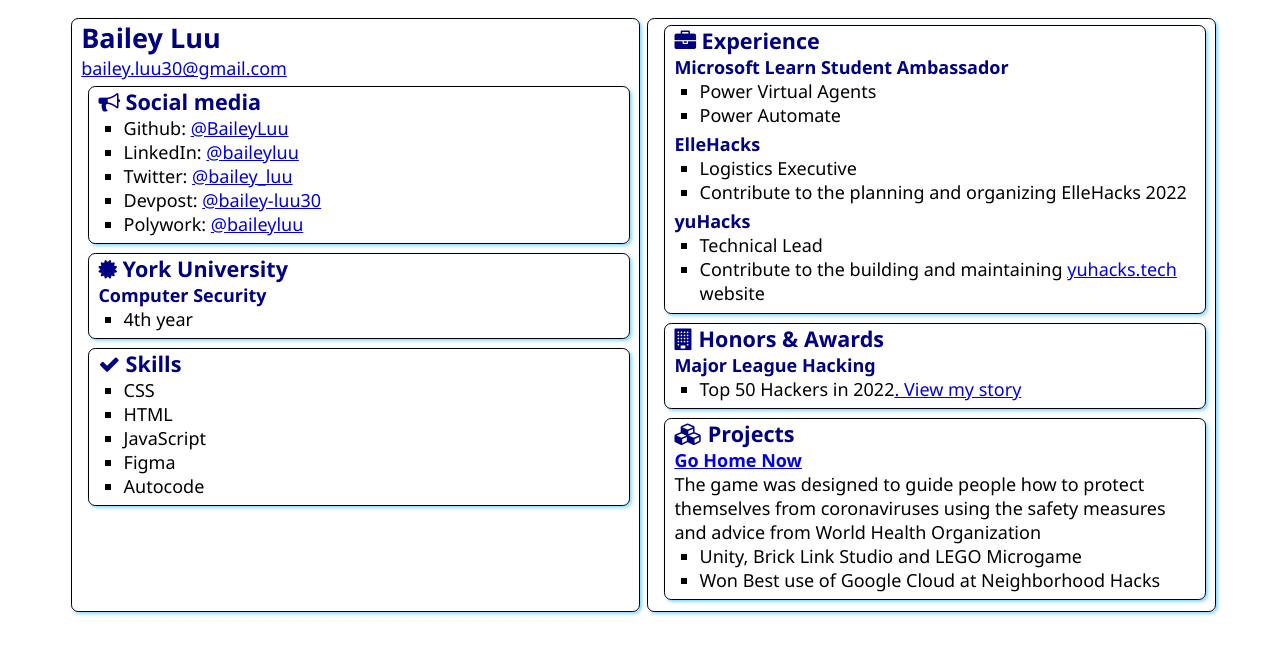
Repository: BaileyLuu/SATechnicalOnboarding
Page: src/index.html
The author's editor kept a copy of each file at every save. The page is drawn from the files as they stood at one save, then again after the next save.
The browser window is 1280 px wide. The pictures show the whole page.

Above is the page before, as saved 2022-07-27 21:08:24.

### src/index.html
<!DOCTYPE html>
<html lang="en">
<head>
    <meta charset="UTF-8">
    <meta http-equiv="X-UA-Compatible" content="IE=edge">
    <meta name="viewport" content="width=device-width, initial-scale=1.0">
    <title>Resume</title>

    <link rel="stylesheet" href="style.css">
    <link rel="stylesheet" href="https://cdnjs.cloudflare.com/ajax/libs/font-awesome/4.7.0/css/font-awesome.min.css">
</head>
<body>
    <main>
        <article class="box">
            <h1>Bailey Luu</h1>
            <div><a href="mailto:bailey.luu30@gmail.com">bailey.luu30@gmail.com</a></div>

            <section class="box">
                <h2>
                    <i class="fa fa-bullhorn" aria-hidden="true"></i>
                    Social media
                </h2>
                <ul>
                    <li>Github: <a href="https://github.com/BaileyLuu">@BaileyLuu</a></li>
                    <li>LinkedIn: <a href="https://linkedin.com/in/baileyluu">@baileyluu</a></li>
                    <li>Twitter: <a href="https://twitter.com/bailey_luu">@bailey_luu</a></li>
                    <li>Devpost: <a href="https://devpost.com/bailey-luu30">@bailey-luu30</a></li>
                    <li>Polywork: <a href="https://www.polywork.com/baileyluu">@baileyluu</a></li>
                </ul>
            </section>

            <section class="box">
                <div class="education">
                    <h2>
                        <i class="fa fa-certificate" aria-hidden="true"></i>
                        York University
                    </h2>
                    <h3>Computer Security</h3>
                    <ul>

                        <li>4th year</li>
                    </ul>
                </div>
            </section>

            <section class="box">
                <h2>
                    <i class="fa fa-check" aria-hidden="true"></i>
                    Skills
                </h2>
                <ul>
                    <li>CSS</li>
                    <li>HTML</li>
                    <li>JavaScript</li>
                    <li>Figma</li>
                    <li>Autocode</li>
                </ul>
            </section>
        </article>
        <article class="box">
            <section class="box">
                <h2>
                    <i class="fa fa-briefcase" aria-hidden="true"></i>
                    Experience
                </h2>
                <h3>Microsoft Learn Student Ambassador</h3>
                <ul>
                    <li>Power Virtual Agents</li>
                    <li>Power Automate</li>
                </ul>
                <h3>ElleHacks</h3>
                <ul>
                    <li>Logistics Executive</li>
                    <li>Contribute to the planning and organizing ElleHacks 2022</li>
                </ul>
                <h3>yuHacks</h3>
                <ul>
                    <li>Technical Lead</li>
                    <li>Contribute to the building and maintaining <a href="http://yuhacks.tech">yuhacks.tech</a> website </li>
                </ul>
            </section>
            <section class="box">
                <h2>
                    <i class="fa fa-building" aria-hidden="true"></i>
                    Honors & Awards
                </h2>

                <h3>Major League Hacking</h3>
                <ul>
                    <li>Top 50 Hackers in 2022<a href="https://top.mlh.io/2022/profiles/bailey-luu">. View my story</a></li>

                </ul>
            </section>
            <section class="box">
                <h2>
                    <i class="fa fa-cubes" aria-hidden="true"></i>
                    Projects
                </h2>

                <h3><a href="https://devpost.com/software/go-home-now">Go Home Now</a></h3>
                <div>The game was designed to guide people how to protect themselves from coronaviruses using the safety measures and advice from World Health Organization</div>
                <ul>
                    <li>Unity, Brick Link Studio and LEGO Microgame</li>
                    <li>Won Best use of Google Cloud at Neighborhood Hacks</li>
                </ul>
            </section>
        </article>

    </main>
</body>
</html>

Loaded but not shown: src/style.css (common file)

After the next save:
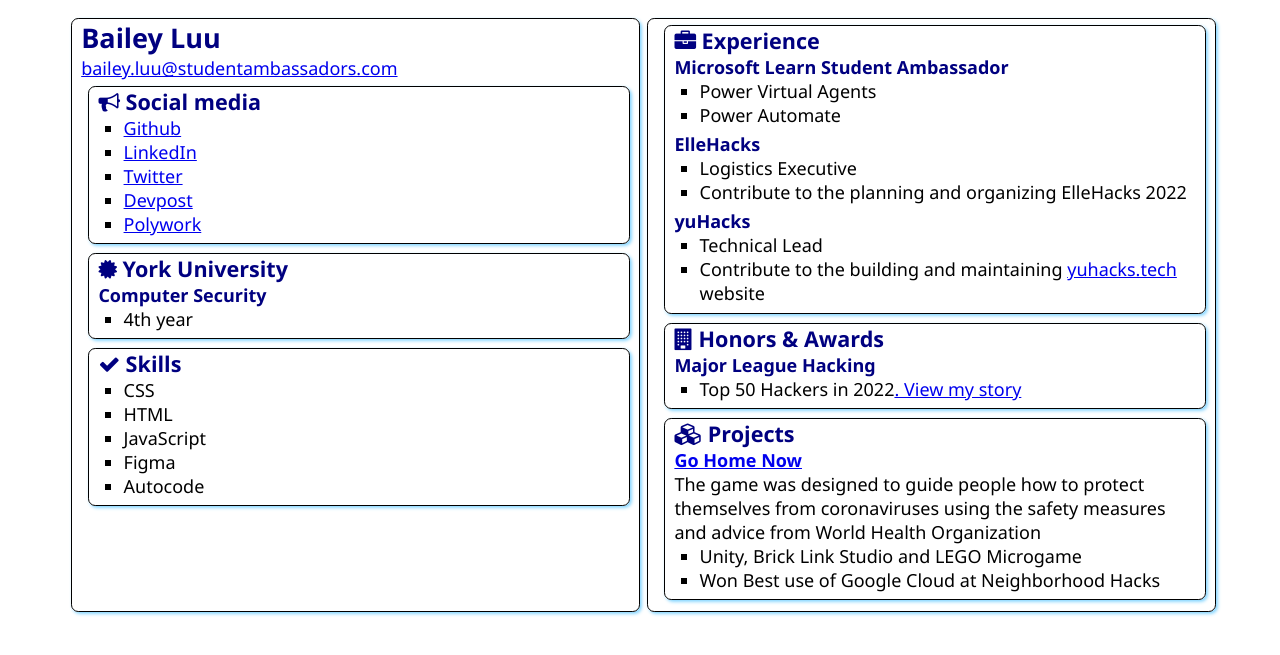
Saved 13 min 31 s later.
--- a/src/index.html
+++ b/src/index.html
@@ -13,7 +13,7 @@
     <main>
         <article class="box">
             <h1>Bailey Luu</h1>
-            <div><a href="mailto:bailey.luu30@gmail.com">bailey.luu30@gmail.com</a></div>
+            <div><a href="mailto:bailey.luu@studentambassadors.com">bailey.luu@studentambassadors.com</a></div>
 
             <section class="box">
                 <h2>
@@ -21,11 +21,11 @@
                     Social media
                 </h2>
                 <ul>
-                    <li>Github: <a href="https://github.com/BaileyLuu">@BaileyLuu</a></li>
-                    <li>LinkedIn: <a href="https://linkedin.com/in/baileyluu">@baileyluu</a></li>
-                    <li>Twitter: <a href="https://twitter.com/bailey_luu">@bailey_luu</a></li>
-                    <li>Devpost: <a href="https://devpost.com/bailey-luu30">@bailey-luu30</a></li>
-                    <li>Polywork: <a href="https://www.polywork.com/baileyluu">@baileyluu</a></li>
+                    <li><a href="https://github.com/BaileyLuu">Github</a></li>
+                    <li><a href="https://linkedin.com/in/baileyluu">LinkedIn</a></li>
+                    <li><a href="https://twitter.com/bailey_luu">Twitter</a></li>
+                    <li><a href="https://devpost.com/bailey-luu30">Devpost</a></li>
+                    <li><a href="https://www.polywork.com/baileyluu">Polywork</a></li>
                 </ul>
             </section>
 
